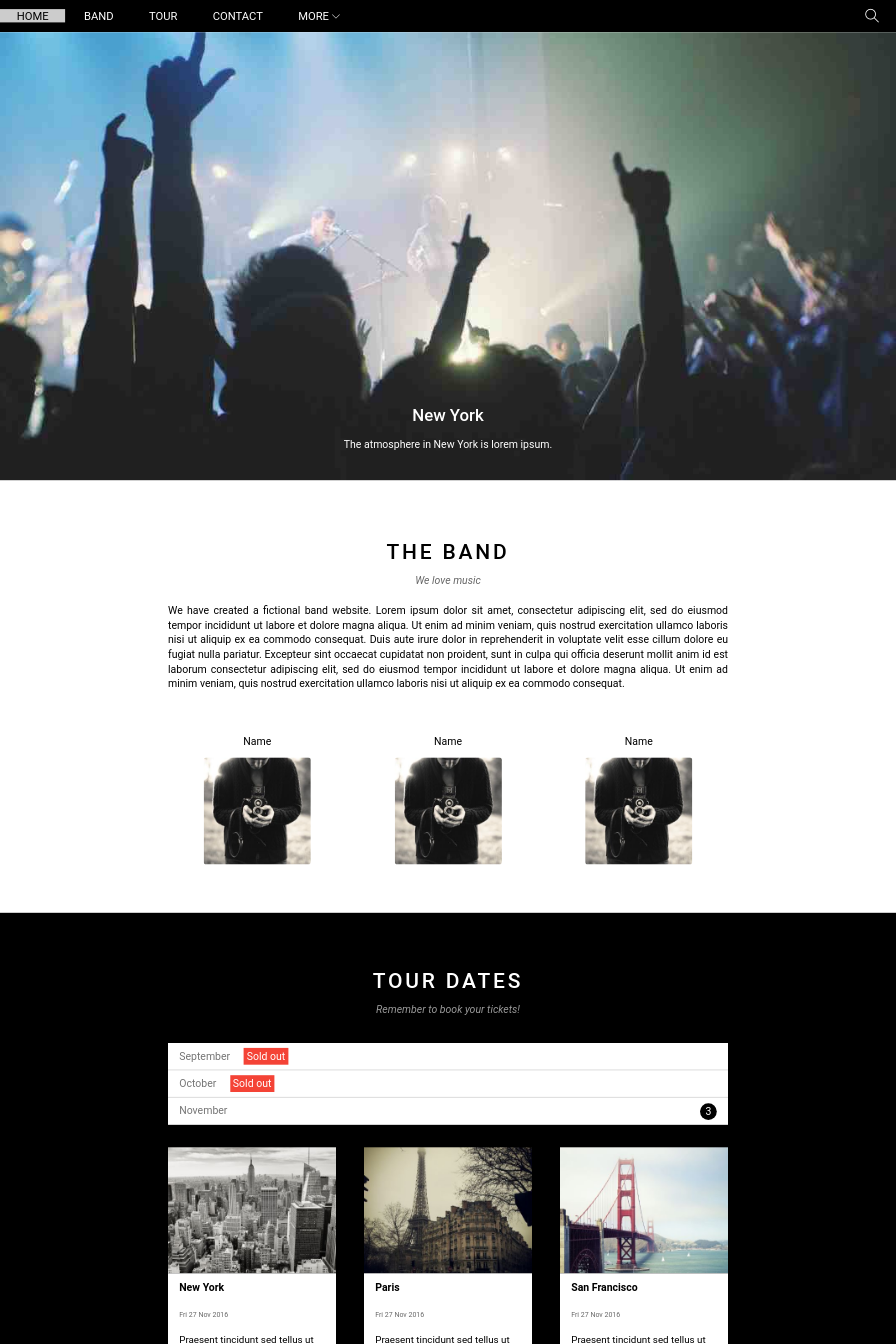
Repository: vuongld315/myLandingPage
Page: index.html
The author's editor kept a copy of each file at every save. The page is drawn from the files as they stood at one save, then again after a run of saves.
The browser window is 1280 px wide. The pictures show the part of the page from y = 0 to 1920 px (the page is 3428 px tall before and 4718 px after), at 70% of full size.

Above is the page before, as saved 2022-07-29 13:42:43.

After the next 4 saves:
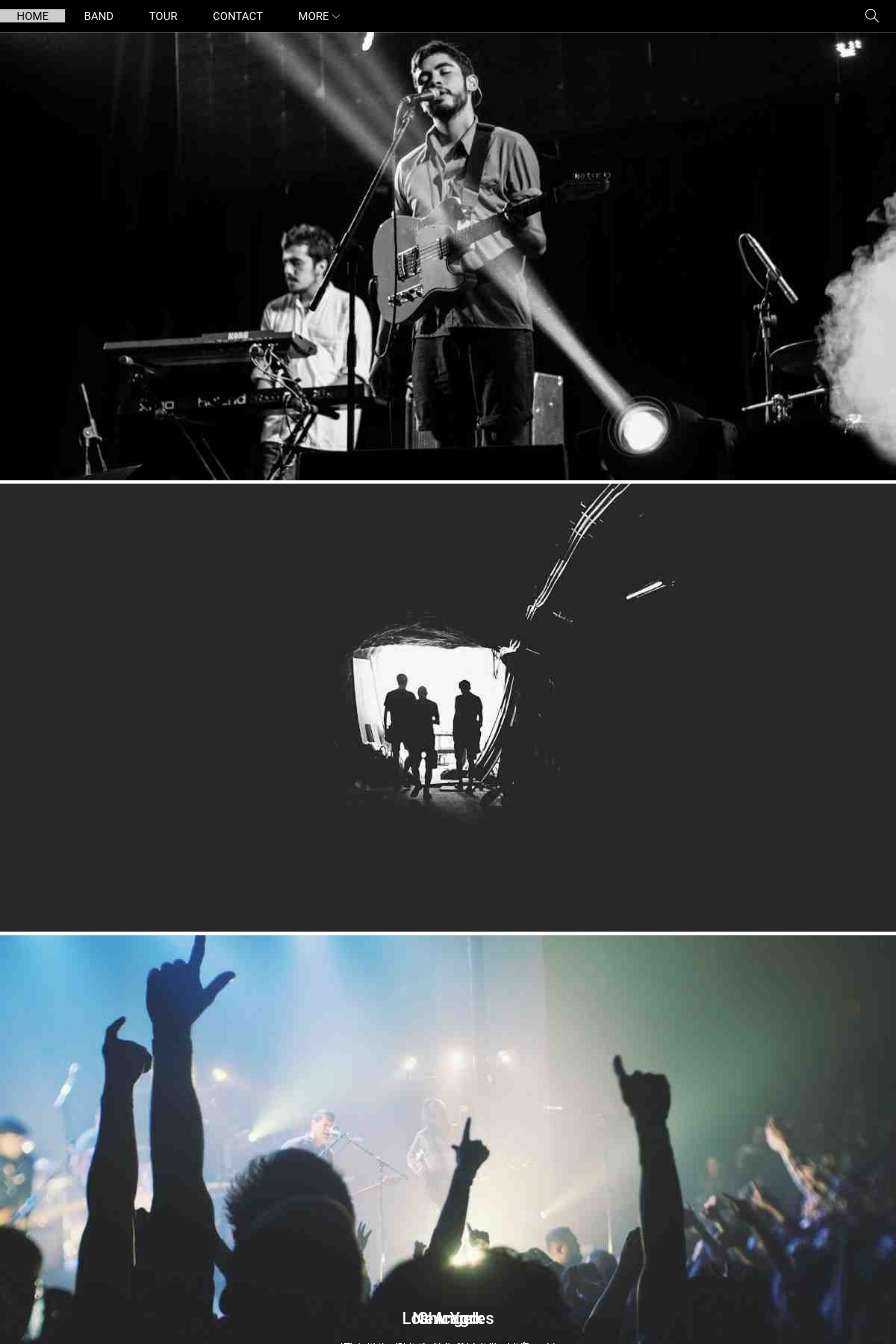
Console error (its wording comes from the project's code and is left out).
The 4 saves are shown as one change because they came seconds apart.
The last was saved 11 s later.
--- a/main.js
+++ b/main.js
@@ -15,8 +15,8 @@
 showSlides();
 
 // clich mobile-menu-icon
-var header = document.querySelector
-var menuBtn = document.querySelector('.mobile-menu-btn')
+var header = document.querySelector(#header);
+var menuBtn = document.querySelector('.mobile-menu-btn');
 
 
 // Open modal

After the 2 saves that followed:
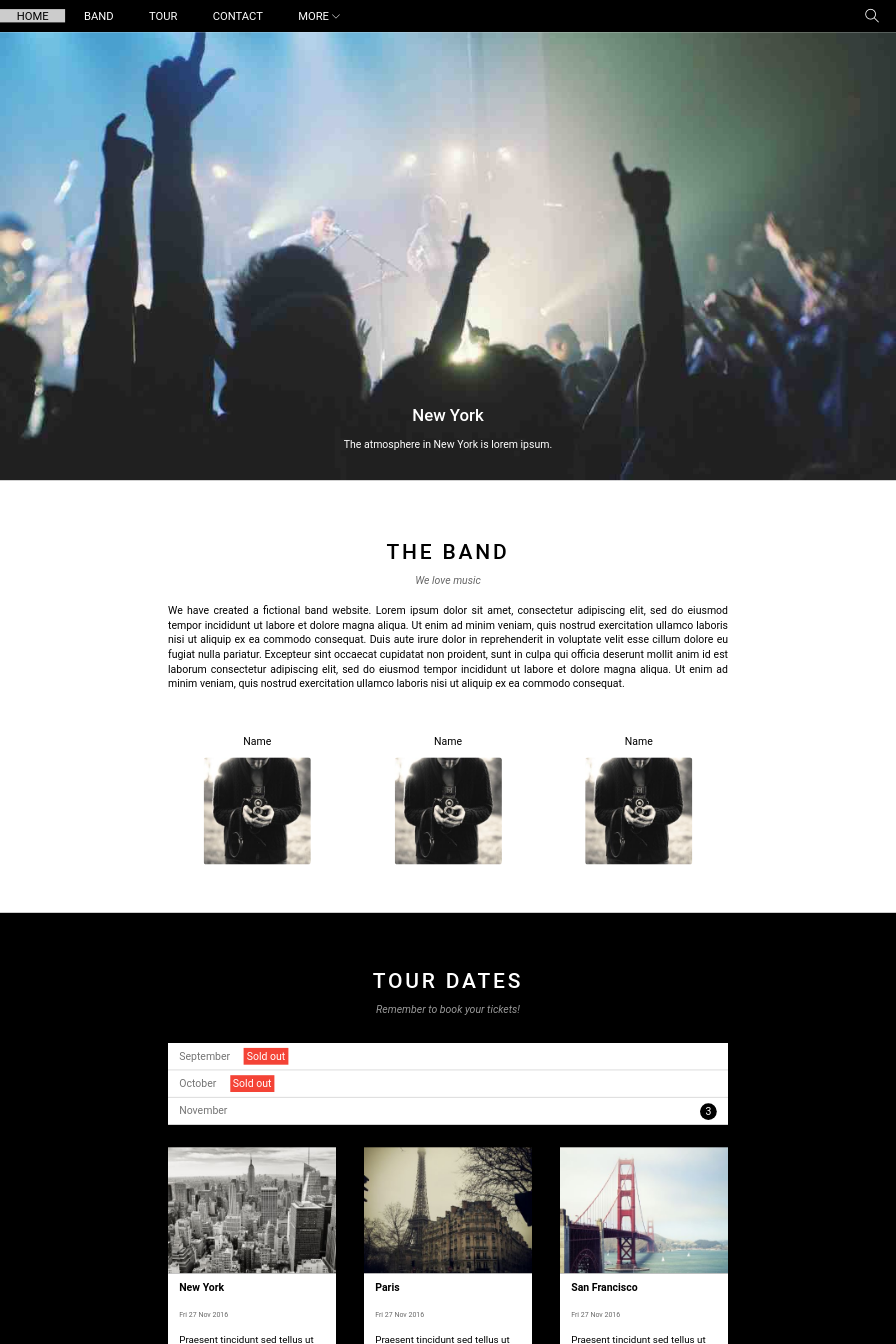
The error is gone.
The 2 saves are shown as one change because they came seconds apart.
The last was saved 15 s later.
--- a/main.js
+++ b/main.js
@@ -15,7 +15,7 @@
 showSlides();
 
 // clich mobile-menu-icon
-var header = document.querySelector(#header);
+var header = document.querySelector('#header');
 var menuBtn = document.querySelector('.mobile-menu-btn');
 
 
